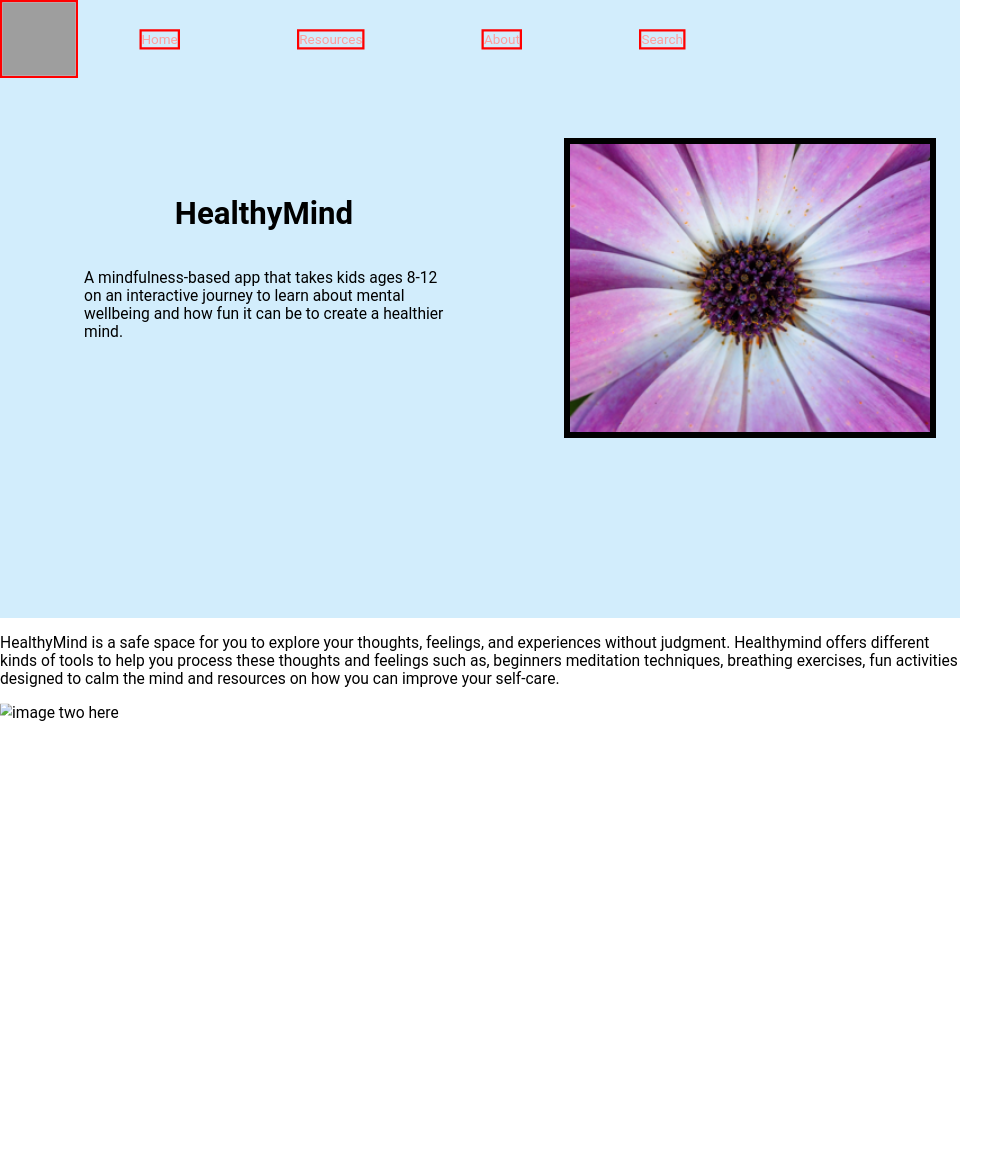
Repository: Nafisa-Huda/HealthierMind
Page: public/index.html
An editor plug-in stored every save of this project. The page is shown before and after a run of saves, followed by the edit.
The browser window is 1280 px wide. The page is 1328 px wide, so the pictures cover 1328 px, including what lies to the right of the window. The pictures show the whole page, at 75% of full size.
Pictures or frames that could not be fetched are drawn as grey boxes.

Above is the page before, as saved 2022-07-11 16:19:19.

### public/index.html
<!DOCTYPE html>
<html lang="en">
<head>
    <meta charset="UTF-8">
    <meta http-equiv="X-UA-Compatible" content="IE=edge">
    <meta name="viewport" content="width=device-width, initial-scale=1.0">
    <title>HealthyMind</title>
    <link rel="stylesheet" href="/public/style.css">
</head>
<body>
    <header>
        <div class="container row">
            <img class="logo" src="https://i.ibb.co/xLGc6jC/Healthy-Mind-logo.png" alt="healthy-mind-logo">
        <nav class="nav">
            <ul class="nav__list">
                <li class="nav__item"><a href="#" class="nav__link">Home</a></li>
                <li class="nav__item"><a href="#" class="nav__link">Resources</a></li>
                <li class="nav__item"><a href="#" class="nav__link">About</a></li>
                <li class="nav__item"><a href="#" class="nav__link">Search</a></li>
            </ul>
        </nav>
        </div>
    </header>

    <!-- <section class="hero main"> -->
        <div class="hero main ">
            <div class="hero__text">
                <h1>HealthyMind</h1>
                <p>A mindfulness-based app that takes kids ages 8-12 on an interactive journey to learn about mental wellbeing and how fun it can be to create a healthier mind. </p>
            </div>
            <div class="containerImg">
            <img class="hero__img" src="/Images/purpleflowerSmall.png" alt="image one here" srcset="">
            </div>
         </div>
    </section>

    <main class="main container">
        <section class="primary-content">
            <p>HealthyMind is a safe space for you to explore your thoughts, feelings, and experiences without judgment. Healthymind offers different kinds of tools to help you process these thoughts and feelings such as, beginners meditation techniques, breathing exercises, fun activities designed to calm the mind and resources on how you can improve your self-care.</p>
            <img class="main__img" src="" alt="image two here" srcset="">
        </section>
</main>

<script src="/public/main.js"></script>
</body>
</html>

### public/style.css
*, *::before, *::after {
    box-sizing: border-box;
}

body {
    margin: 0;
    max-width: 100%;
    font-family: 'Roboto', sans-serif;
    font-size: 1.3rem;
}
html{
  scroll-behavior: smooth;
  scroll-padding-top: (--scroll-padding,100px);
}
/*scrollbar*/
::-webkit-scrollbar{
  width: 0.7em;
}
::-webkit-scrollbar-track{
  background: antiquewhite;
}
::-webkit-scrollbar-thumb{
  background: #FFE170;
}
header{
  background-color: #d2edfc;
  height: 10%;
}
  .containerImg > img {
      width: 100%;
      margin: 5rem 5rem 5rem 5rem ;
      max-height: 100%;
      border: black solid 0.5rem;
      padding: auto;
  }

/* home page */

.container {
    width: 100vw;
    margin: 0 auto;
}
.main{
  height: 100vh;
}

.hero{
  display: flex;
  background-color: #d2edfc;
}
.hero > h1,
.hero > p {
 text-align: center;
}
  .hero__text{
    width: 50%;
    margin: 8rem 0 4rem 2rem;
    display: flex;
    flex-direction: column;
    align-items: center;
    justify-content: flex-start;
  }
  .hero__text > p{
    padding-left: 5rem;
    padding-right: 5rem;
  }
.row {
    display: flex;
    justify-content: space-between;
    align-items: center;
    width: 100%;
}

.logo {
    width: 5em;
    height: 5em;
    margin-right: 2em;
    border: 3px red solid;
}

.nav {
    display: flex;
    justify-content: space-between;
    align-items: center;
    flex-grow: 1;
}

.nav__list {
    margin: 0;
    padding-right: 1em;
    list-style: none;

    display: flex;
    align-items: center;

    font-size: 1rem;
}

.nav__item + .nav__item {
    margin-left: 60%;
}

.nav__link {
    border: 3px red solid;
    text-decoration: none;
    font-size: large;
    color: #FF9F9F;
}

.nav__link--button {
    padding: .25em 1em;
}

.nav__link:hover {
    opacity: .75;
}



/* activities page */

.activities-header{
  background-color: #A8E0FF;
  height: 20rem;
  width: 100%;
  border-bottom: solid #fff 4px;
}

.title{
  display: flex;
  flex-direction: column;
  align-items: center;
  padding-top: 3rem;
  color: #fff;
}


.activities-container{
  display: flex;
  flex-wrap: wrap;
  justify-content: center;
  background-color: #FFF9A6;
}

.scene {
  width: 20rem;
  height: 20rem;
  margin: 3rem;
  perspective: 600px;
}

.card {
  width: 100%;
  height: 100%;
  cursor: pointer;
  transform-style: preserve-3d;
  transform-origin: center right;
  transition: transform 1s;
}

.card.is-flipped {
  transform: translateX(-100%) rotateY(-180deg);
}

.face {
  position: absolute;
  width: 100%;
  height: 100%;
  line-height: 260px;
  color: #fff;
  text-align: center;
  font-weight: bold;
  font-size: larger;
  backface-visibility: hidden;
}

.front {
  background-color: #FF9F9F;
}

.back {
  background-color: #FF9F9F;
  transform: rotateY(180deg);
}

### public/main.js
const cards = document.querySelectorAll('.card');
[...cards].forEach((card)=>{
    card.addEventListener('click', () =>{
        card.classList.toggle('is-flipped')
    })
});

After the next 2 saves:
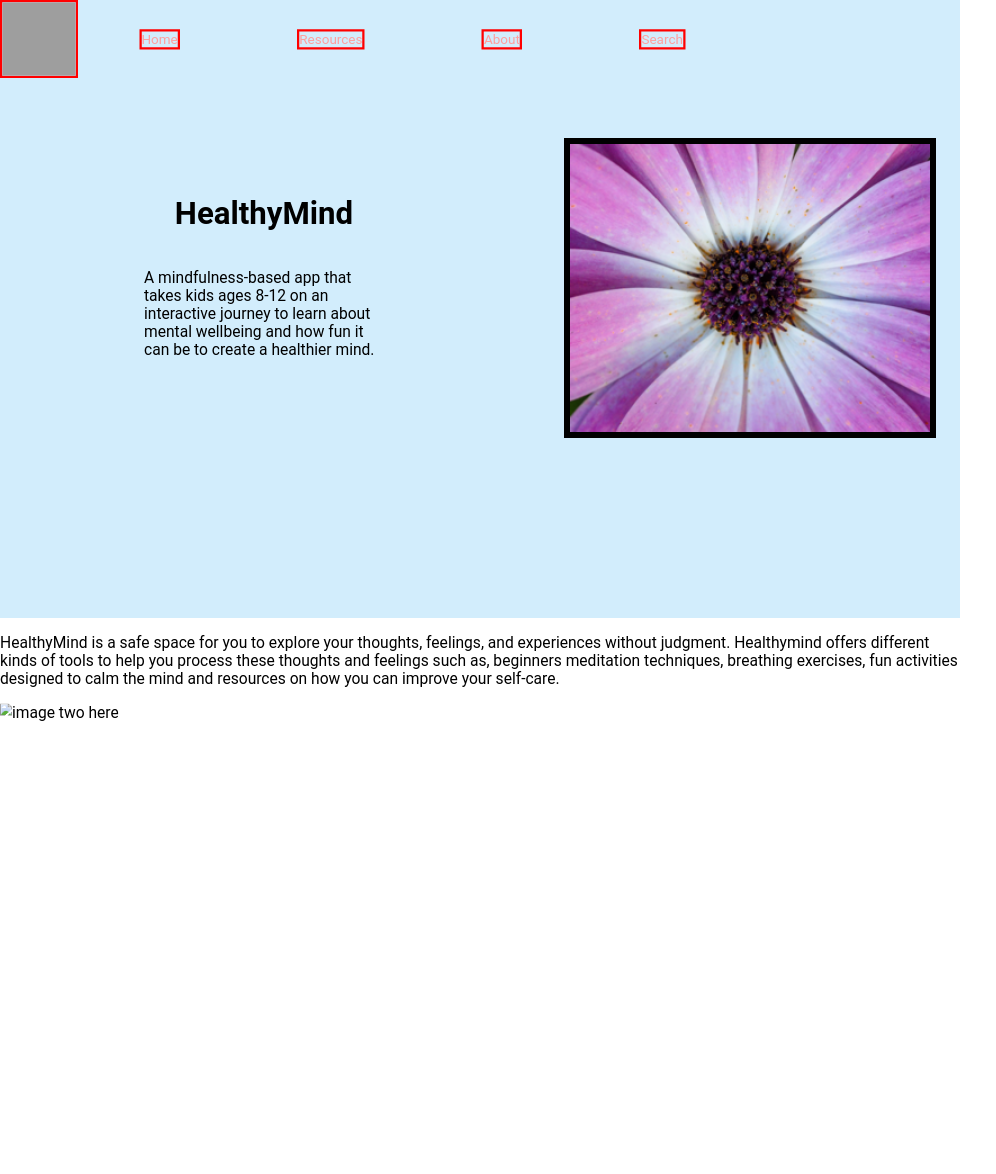
The 2 saves are shown as one change because they came seconds apart.
The last was saved 7 s later.
--- a/public/style.css
+++ b/public/style.css
@@ -61,8 +61,8 @@ header{
     justify-content: flex-start;
   }
   .hero__text > p{
-    padding-left: 5rem;
-    padding-right: 5rem;
+    padding-left: 10rem;
+    padding-right: 10rem;
   }
 .row {
     display: flex;
